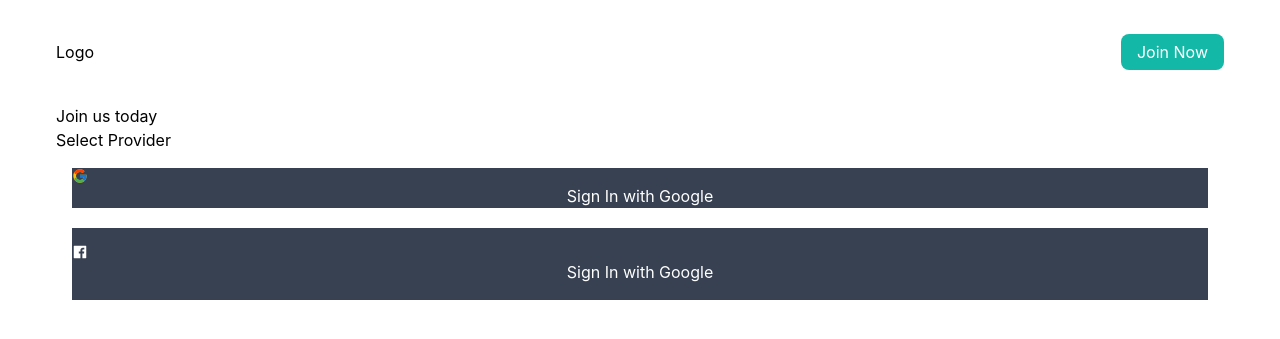
Repository: arafatmollah/auth-app
Page: /auth/login
An editor plug-in stored every save of this project. The page is shown before and after the next save, followed by the edit.
The browser window is 1280 px wide. The pictures show the whole page.
The project was rebuilt for these pictures with package versions that can differ from the ones it lists, and the page was loaded fresh each time. The framework's server and built-in components were replaced by stand-ins that run in the browser. Also part of the build but not shown: next.config.js.

Above is the page before, as saved 2022-10-03 21:08:59.

### pages/_app.js
import '../styles/globals.css'
import Layout from '../components/Layout'

function MyApp({ Component, pageProps }) {
 return(
  <Layout>
  <Component {...pageProps} />
 </Layout>
 )
}

export default MyApp

### pages/auth/login.js
import React from 'react'
import {FcGoogle} from 'react-icons/fc'
import {AiFillFacebook} from 'react-icons/ai'

export default function () {
  return (
    <div>
        <h2>Join us today</h2>
        <div>
            <p>Select Provider</p>
            <div className='flex p-4 flex-col'>
                <button className='bg-gray-700 text-white'>
                    <FcGoogle></FcGoogle>
                    Sign In with Google</button>
                <button className='bg-gray-700 text-white py-4 mt-5'>
                    <AiFillFacebook></AiFillFacebook>
                    Sign In with Google</button>
            </div>
        </div>
    </div>
  )
}

### components/Layout.js
import React from 'react'
import Nav from './Nav'

export default function Layout({children}) {
  return (
    <div className='mx-14'>
       <Nav></Nav>
        <main>
        {children}
        </main>
        </div>
  )
}

### components/Nav.js
import React from 'react'
import Link from 'next/link'

function Nav() {
  return (
    <div>
        <nav className='flex justify-between items-center py-10'>
        <Link href="/">Logo</Link>
        <ul>
            <Link href="/auth">
            <a className='py-2 px-4 bg-teal-500 my-5 rounded-lg text-white'>Join Now</a>
            </Link>
        </ul>
        </nav>
    </div>
  )
}

export default Nav

Loaded but not shown: styles/globals.css (common file); tailwind.config.js (common file)

After the next save:
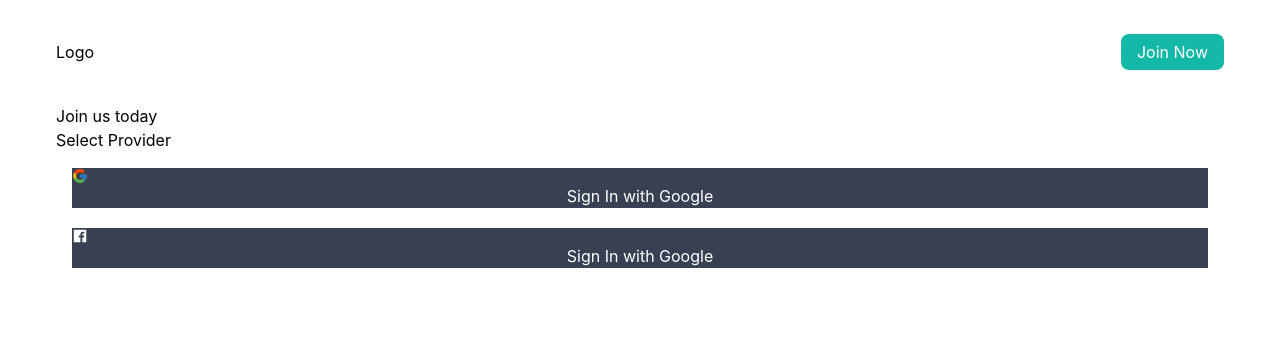
Saved 9 s later.
--- a/pages/auth/login.js
+++ b/pages/auth/login.js
@@ -12,7 +12,7 @@ export default function () {
                 <button className='bg-gray-700 text-white'>
                     <FcGoogle></FcGoogle>
                     Sign In with Google</button>
-                <button className='bg-gray-700 text-white py-4 mt-5'>
+                <button className='bg-gray-700 text-white mt-5'>
                     <AiFillFacebook></AiFillFacebook>
                     Sign In with Google</button>
             </div>
